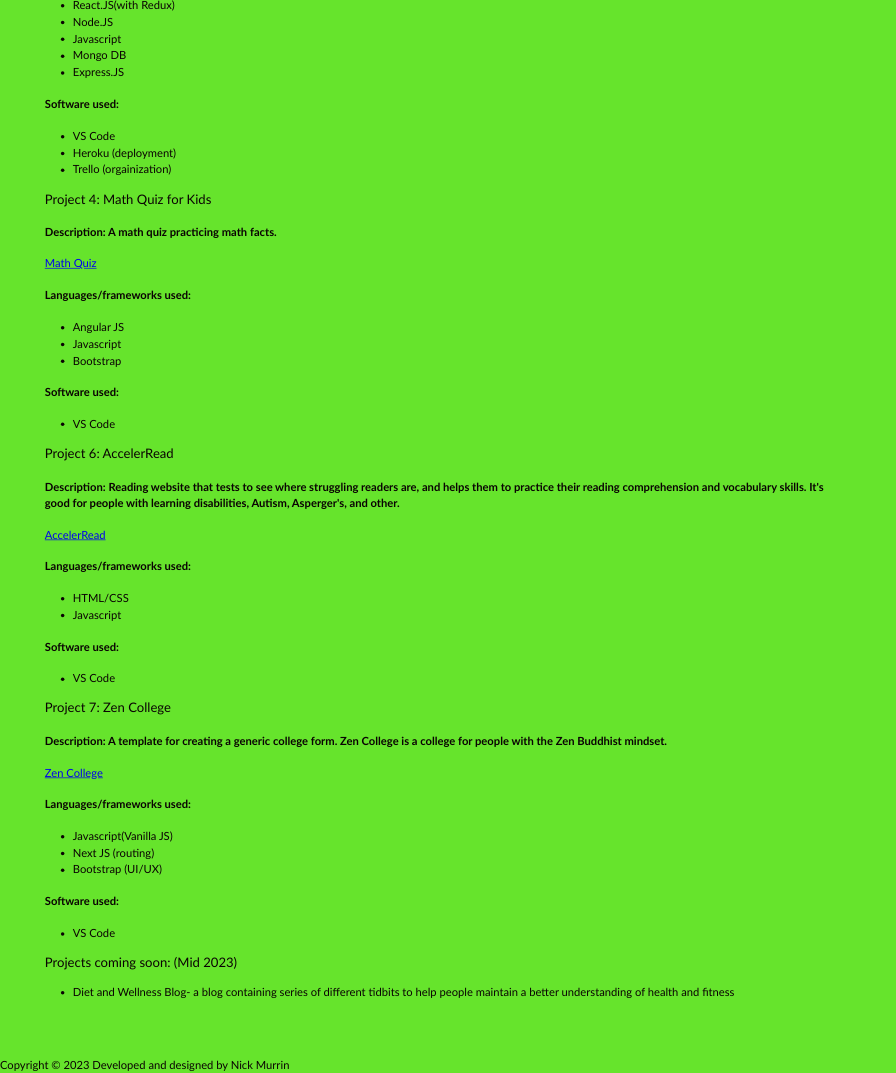
Repository: collegedude9300/modernport
Page: about.html
An editor plug-in stored every save of this project. The page is shown before and after the next save, followed by the edit.
The browser window is 1280 px wide. The pictures show the part of the page from y = 1424 to 3344 px (the page is 2957 px tall before and 3344 px after), at 70% of full size.

Above is the page before, as saved 2023-05-28 14:15:54.

### about.html
<!DOCTYPE html>
<html lang="en">
<head>
  <meta charset="UTF-8">
  <meta name="viewport" content="width=device-width, initial-scale=1.0">
  <meta http-equiv="X-UA-Compatible" content="ie=edge">
  <link rel="stylesheet" href="css/main.css">
  <title>Portfolio</title>
</head>
<body>
<header>
<div class="menu-btn">
<div class="btn-line"></div>
<div class="btn-line"></div>
<div class="btn-line"></div>
</div>

<nav class="menu">
<div class="menu-branding">
<div class="portrait"></div>
</div>

<ul class="menu-nav">
<li class="nav-item">
<a href="index.html" class="nav-link">
Home
</a>
</li>

<li class="nav-item current">
<a href="about.html" class="nav-link">
About Me
</a>
</li>



<li class="nav-item">
<a href="contact.html" class="nav-link">
Contact Me
</a>
</li>
</ul>
</nav>
</header>
<main id="home">

<h1 class="lg-heading">
About Me:
</h1>
    <div class="about-info">
      <div class="bio">
        <p>My name is Nick Murrin and I am a Computer Science graduate of California State University San Marcos.
        I also have a certification in web development, specifically in Full Stack Web Developement.
        My  current expertise is in Front End Web Development.
        I take pride in my  work, and I am always available to help people with their websites.
        </p>
        <h4>  Web Development Projects:</h4>
      </div>
      <div class="project1">
        <h3>Project 1: Education Station </h3>
        <h4>Description: An educational website that reinforces early education for younger kids.</h4>
        <a href="https://educationstation.vercel.app/ "/>Education Station </a>
<h4> Languages/frameworks used: </h4>
<ul>
  <li>Javascript (Vanilla JS)</li>
  <li>Bootstrap</li>
</ul>
<h4> Software used: </h4>
<ul>
<li> Notepad ++  </li>
</ul>
      </div>
      <div class="project2">
        <h3>Project 2: Zen Station</h3>
        <h4>Description: A relaxing website that allows users to settle down by living in the moment through various forms of enlightenment.
          (formally known as Zen Center, but now remastered)</h4>
        <a href="https://zenstationnext.vercel.app/"/> Zen Station </a>
<h4> Languages/frameworks used: </h4>
<ul>
  <li>Javascript(Vanilla JS)</li>
  <li>Next JS (routing)</li>
  <li>Bootstrap (UI/UX)</li>
</ul>
<h4> Software used: </h4>
<ul>
<li> VS Code  </li>
</ul>
      </div>
      <div class="project3">
        <h3>Project 3: NaviSmart Group App</h3>
        <h4>Description: A web-based application for college aged people who wishes to boost their productivity in the morning.
        </h4>
        <a href="https://github.com/Willhanau/FigNeutrons">Team Project on NaviSmart</a>
 <h4> Languages/frameworks used: </h4>
<ul>
  <li>React.JS(with Redux)</li>
  <li>Node.JS</li>
  <li>Javascript</li>
  <li> Mongo DB  </li>
  <li>Express.JS</li>
</ul>
<h4> Software used: </h4>
<ul>
<li> VS Code  </li>
<li> Heroku (deployment)  </li>
<li> Trello (orgainization)  </li>
</ul>
</div>

<div class="project4">
        <h3>Project 4: Math Quiz for Kids</h3>
        <h4>Description: A math quiz practicing math facts.</h4>
        <a href="https://mathquiz-sigma.vercel.app/"/> Math Quiz </a>
<h4> Languages/frameworks used: </h4>
<ul>
  <li>Angular JS</li>
  <li>Javascript</li>
  <li>Bootstrap</li>
</ul>
<h4> Software used: </h4>
<ul>
<li> VS Code  </li>
</ul>
      </div>
</div>
</div>
<div class="project5">
  <h3>Project 6: AccelerRead</h3>
  <h4>Description: Reading website that tests to see where struggling readers are,
and helps them to practice their reading comprehension and vocabulary skills.
 It's good for people with learning disabilities, Autism, Asperger's, and other.</h4>
  <a href="https://accelerread.vercel.app/"/> AccelerRead </a>
<h4> Languages/frameworks used: </h4>
<ul>
<li>HTML/CSS</li>
<li>Javascript</li>
</ul>
<h4> Software used: </h4>
<ul>
<li> VS Code  </li>
</ul>
</div>
</div>
<div class="project7">
  <h3>Project 7: Zen College</h3>
  <h4>Description: A template for creating a generic college form. Zen College is a college for people with the Zen Buddhist mindset.</h4>
  <a href="https://zenschool.vercel.app/"/> Zen College </a>
<h4> Languages/frameworks used: </h4>
<ul>
  <li>Javascript(Vanilla JS)</li>
  <li>Next JS (routing)</li>
  <li>Bootstrap (UI/UX)</li>
</ul>
<h4> Software used: </h4>
<ul>
<li> VS Code  </li>
</ul>
</div>
</div>
<h3> Projects coming soon: (Mid 2023)      </h3>
<ul>
  <li> Diet and Wellness Blog- a blog containing series of different tidbits to help people maintain a better understanding of health and fitness</li>
</ul>
</main>
  <footer id="main-footer">
  Copyright &copy; 2023
  Developed and designed by Nick Murrin
  </footer>
<script src="js/main.js"> </script>
</body>
</html>

### css/main.css
.menu-btn {
  position: absolute;
  z-index: 3;
  right: 35px;
  top: 35px;
  cursor: pointer;
  transition: all 0.5s ease-out; }
  .menu-btn .btn-line {
    width: 28px;
    height: 3px;
    margin: 0 0 5px 0;
    background: #000;
    transition: all 0.5s ease-out; }
  .menu-btn.close {
    transform: rotate(180deg); }
    .menu-btn.close .btn-line:nth-child(1) {
      transform: rotate(45deg) translate(5px, 5px); }
    .menu-btn.close .btn-line:nth-child(2) {
      opacity: 0; }
    .menu-btn.close .btn-line:nth-child(3) {
      transform: rotate(-45deg) translate(7px, -6px); }

.menu {
  position: fixed;
  top: 0;
  width: 100%;
  opacity: 0.9;
  visibility: hidden; }
  .menu.show {
    visibility: visible; }
  .menu-branding, .menu-nav {
    display: flex;
    flex-flow: column wrap;
    align-items: center;
    justify-content: center;
    float: left;
    width: 50%;
    height: 100vh;
    overflow: hidden; }
  .menu-nav {
    margin: 0;
    padding: 0;
    background: #f6a205;
    list-style: none;
    transform: translate3d(0, -100%, 0);
    transition: all 0.5s ease-out; }
    .menu-nav.show {
      transform: translate3d(0, 0, 0); }
  .menu-branding {
    background: #faac1b;
    transform: translate3d(0, 100%, 0);
    transition: all 0.5s ease-out; }
    .menu-branding.show {
      transform: translate3d(0, 0, 0); }
    .menu-branding .portrait {
      width: 250px;
      height: 250px; }
  .menu .nav-item {
    transform: translate3d(600px, 0, 0);
    transition: all 0.5s ease-out; }
    .menu .nav-item.show {
      transform: translate3d(0, 0, 0); }
  .menu .nav-link {
    display: inline-block;
    position: relative;
    font-size: 30px;
    text-transform: uppercase;
    padding: 1rem 0;
    font-weight: 300;
    color: #000;
    text-decoration: none;
    transition: all 0.5s ease-out; }

.nav-item:nth-child(1) {
  transition-delay: 0.1s; }

.nav-item:nth-child(2) {
  transition-delay: 0.2s; }

.nav-item:nth-child(3) {
  transition-delay: 0.3s; }

.nav-item:nth-child(4) {
  transition-delay: 0.4s; }

@media screen and (min-width: 1171px) {
  .projects {
    grid-template-columns: repeat(4, 1fr); } }

@media screen and (min-width: 769px) and (max-width: 1170px) {
  .projects {
    grid-template-columns: repeat(3, 1fr); } }

@media screen and (max-width: 768px) {
  main {
    align-items: center;
    text-align: center; }
    main .lg-heading {
      line-height: 1;
      margin-bottom: 1rem; }
  ul.menu-nav,
  div.menu-branding {
    float: none;
    width: 100%;
    min-height: 0; }
    ul.menu-nav.show,
    div.menu-branding.show {
      transform: translate3d(0, 0, 0); }
  .menu-nav {
    height: 75vh;
    transform: translate3d(-100%, 0, 0);
    font-size: 24px; }
  .menu-branding {
    height: 25vh;
    transform: translate3d(100%, 0, 0); }
    .menu-branding .portrait {
      width: 150px;
      height: 150px; }
  .about-info {
    grid-template-areas: 'bioimage'
 'bio'
 'job1'
 'job2'
 'job3';
    grid-template-columns: 1fr; }
  .projects {
    grid-template-columns: repeat(2, 1fr); } }

@media screen and (max-width: 500px) {
  main {
    padding: 2rem; }
    main #home h1 {
      margin-top: 10vh; }
    main .lg-heading {
      margin-top: 1rem;
      font-size: 5rem; }
  .projects {
    grid-template-columns: 1fr; } }

* {
  box-sizing: border-box; }

body {
  background: #66e42c;
  color: #0a0303;
  height: 100%;
  margin: 0;
  font-family: 'Trebuchet MS', 'Lucida Sans Unicode', 'Lucida Grande', 'Lucida Sans', Arial, sans-serif;
  line-height: 1.5; }

.transition1 {
  width: 150px;
  height: 150px;
  background: red;
  transition: width 3s; }

.transition2 {
  width: 150px;
  height: 150px;
  background: #12e7ee;
  transition: width 3s; }

.transition3 {
  width: 150px;
  height: 150px;
  background: #e7d918;
  transition: width 3s; }

.transition4 {
  width: 150px;
  height: 150px;
  background: rgba(238, 150, 18, 0.753);
  transition: width 3s; }

.myTitle {
  padding: 50px;
  margin: 20px;
  font-size: 30px;
  font-family: Cambria, Cochin, Georgia, Times, 'Times New Roman', serif;
  color: #1133ca; }

h1, h2, h3 {
  margin: 0;
  font-weight: 400; }

.lg-heading {
  font-size: 6rem; }

header {
  position: relative;
  z-index: 2; }

main {
  padding: 4rem;
  height: 100%; }
  main#home {
    overflow: hidden; }
  main h1 {
    margin-top: 20vh; }

### js/main.js
// Select DOM Items
const menuBtn = document.querySelector('.menu-btn');
const menu = document.querySelector('.menu');
const menuNav = document.querySelector('.menu-nav');
const menuBranding = document.querySelector('.menu-branding');
const navItems = document.querySelectorAll('.nav-item');

// Set Initial State Of Menu
let showMenu = false;

menuBtn.addEventListener('click', toggleMenu);

function toggleMenu() {
  if (!showMenu) {
    menuBtn.classList.add('close');
    menu.classList.add('show');
    menuNav.classList.add('show');
    menuBranding.classList.add('show');
    navItems.forEach(item => item.classList.add('show'));

    // Set Menu State
    showMenu = true;
  } else {
    menuBtn.classList.remove('close');
    menu.classList.remove('show');
    menuNav.classList.remove('show');
    menuBranding.classList.remove('show');
    navItems.forEach(item => item.classList.remove('show'));

    // Set Menu State
    showMenu = false;
  }
}

After the next save:
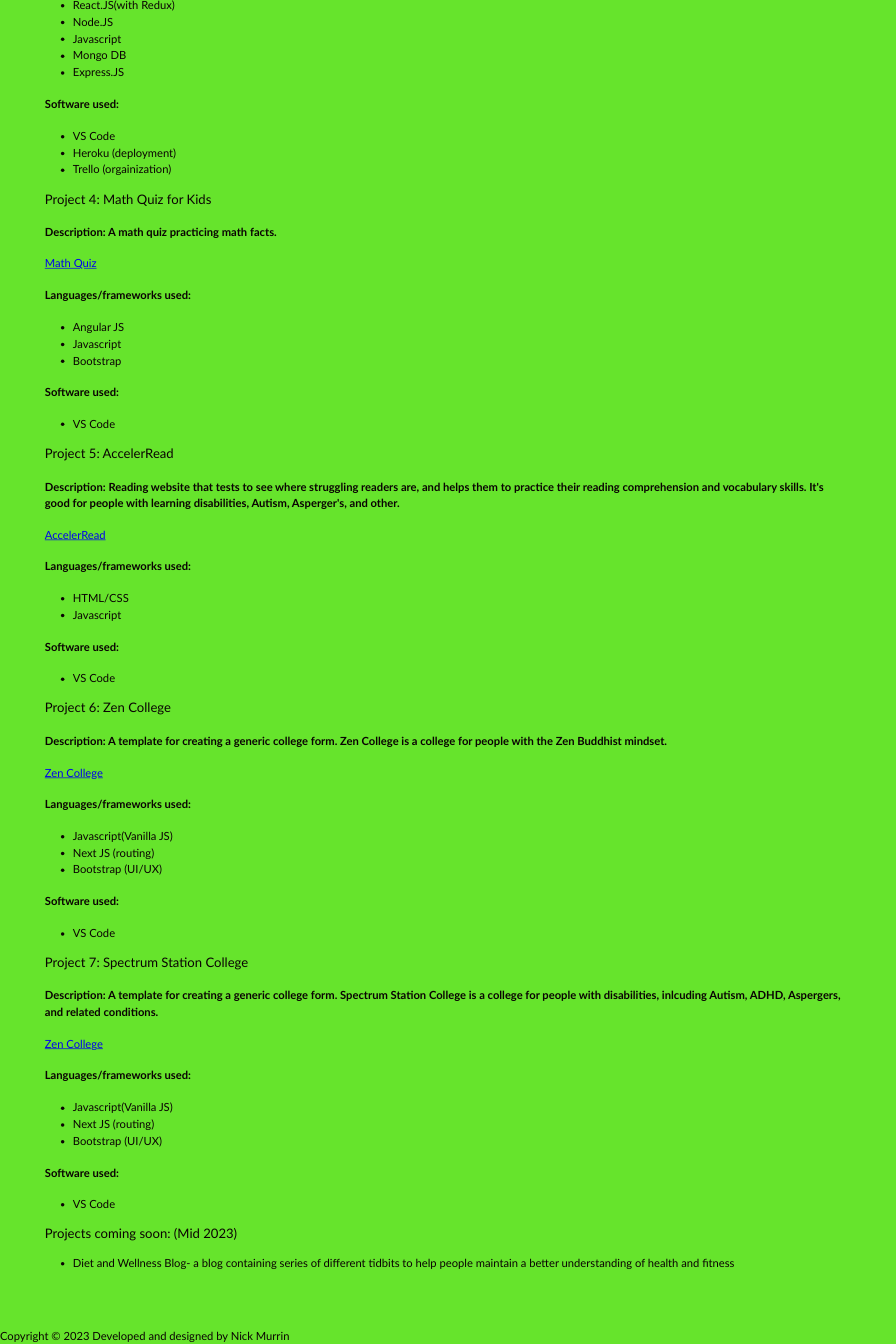
Saved 2 min 43 s later.
--- a/about.html
+++ b/about.html
@@ -126,7 +126,7 @@ About Me:
 </div>
 </div>
 <div class="project5">
-  <h3>Project 6: AccelerRead</h3>
+  <h3>Project 5: AccelerRead</h3>
   <h4>Description: Reading website that tests to see where struggling readers are,
 and helps them to practice their reading comprehension and vocabulary skills.
  It's good for people with learning disabilities, Autism, Asperger's, and other.</h4>
@@ -142,9 +142,25 @@ and helps them to practice their reading comprehension and vocabulary skills.
 </ul>
 </div>
 </div>
+<div class="project6">
+  <h3>Project 6: Zen College</h3>
+  <h4>Description: A template for creating a generic college form. Zen College is a college for people with the Zen Buddhist mindset.</h4>
+  <a href="https://zenschool.vercel.app/"/> Zen College </a>
+<h4> Languages/frameworks used: </h4>
+<ul>
+  <li>Javascript(Vanilla JS)</li>
+  <li>Next JS (routing)</li>
+  <li>Bootstrap (UI/UX)</li>
+</ul>
+<h4> Software used: </h4>
+<ul>
+<li> VS Code  </li>
+</ul>
+</div>
+</div>
 <div class="project7">
-  <h3>Project 7: Zen College</h3>
-  <h4>Description: A template for creating a generic college form. Zen College is a college for people with the Zen Buddhist mindset.</h4>
+  <h3>Project 7: Spectrum Station College</h3>
+  <h4>Description: A template for creating a generic college form. Spectrum Station College is a college for people with disabilities, inlcuding Autism, ADHD, Aspergers, and related conditions.</h4>
   <a href="https://zenschool.vercel.app/"/> Zen College </a>
 <h4> Languages/frameworks used: </h4>
 <ul>
